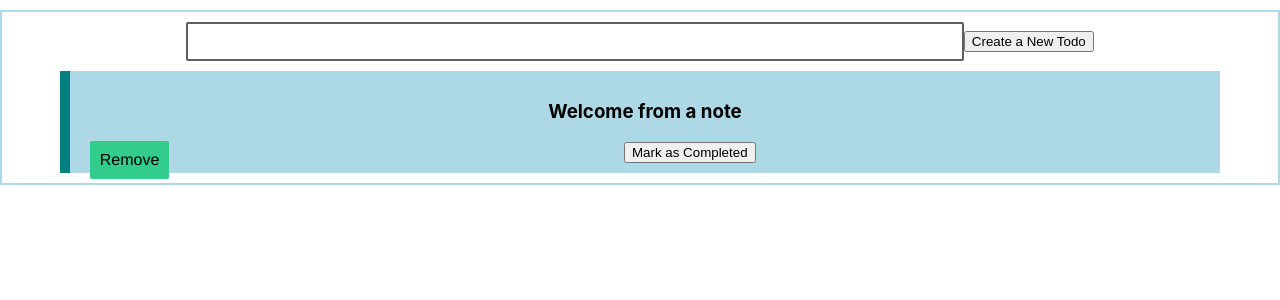
Repository: CaptainStorm21/react-ecosystem-course
Page: /
An editor plug-in stored every save of this project. The page is shown before and after the next save, followed by the edit.
The browser window is 1280 px wide. The pictures show the whole page.
The project was rebuilt for these pictures with package versions that can differ from the ones it lists, and the page was loaded fresh each time.

Above is the page before, as saved 2020-05-30 17:50:37.

### src/App.js
import React from 'react';
import './App.css';
import TodoList from './todos/TodoList'

function App() {
  return (
    <div className="App">
      <TodoList/>
    </div>
  );
}

export default App;

### src/todos/TodoList.js
import React from 'react';
import NewTodoForm from './NewTodoForm';
import TodoListItem from './TodoListItem';
import './TodoList.css';


const TodoList = ({ todos = [{ text: "Welcome from a note" }] }) => (
    <div className="list-wrapper">
        <NewTodoForm/>
        {todos.map(todo => <TodoListItem todo={todo} />)}
    </div>
)

export default TodoList;

### src/todos/NewTodoForm.js
import React, { useState } from 'react';
import './NewTodoForm.css';

const NewTodoForm = () => {
    const [inputValue, setInputValue] = useState(' ');
   return (
        <div className="new-todo-form">
           <input className="new-todo-input"
               type="text"
               value={inputValue}
               onChange = { e => setInputValue (e.target.value)}
           />
            <button className="newTodo">Create a New Todo</button>
        </div>
    );
};
export default NewTodoForm;

### src/todos/TodoListItem.js
import React from "react";

const TodoListItem = ({ todo }) => (
  <div className="todo-item-container">
    <h3>{todo.text}</h3>
    <div className="button -container">
      <button className="completed-button"> Mark as Completed</button>
      <button className="remove-button"> Remove</button>
    </div>
  </div>
);

export default TodoListItem;

### src/todos/TodoList.css
.list-wrapper{
    border: 2px solid lightblue;
    padding: 10px;
    margin-top: 10px;
}

### src/todos/NewTodoForm.css
.todo-item-container {
  width: 90%;
  margin: 0 auto;
  padding: 10px;
  border-left: 10px solid teal;
  background-color: lightblue;
  margin-top: 10px;
}

.remove-button {
  background-color: rgb(50, 205, 140);
  padding: 10px;
  border: 0;
  margin-left: 10px;
  font-size: medium;
  font-family: "Franklin Gothic Medium", "Arial Narrow", Arial, sans-serif;
  border-radius: 2px;
  float: left;
}

.new-todo-input {
  border-radius: 2px;
  padding: 10px;
  border: 2px solid rgb(95, 95, 90);
  font-family: "Franklin Gothic Medium", "Arial Narrow", Arial, sans-serif;
  width: 60%;
}

Loaded but not shown: public/index.html (common file); src/index.js (common file); src/index.css (common file); src/serviceWorker.js (common file); src/App.css (common file)

After the next save:
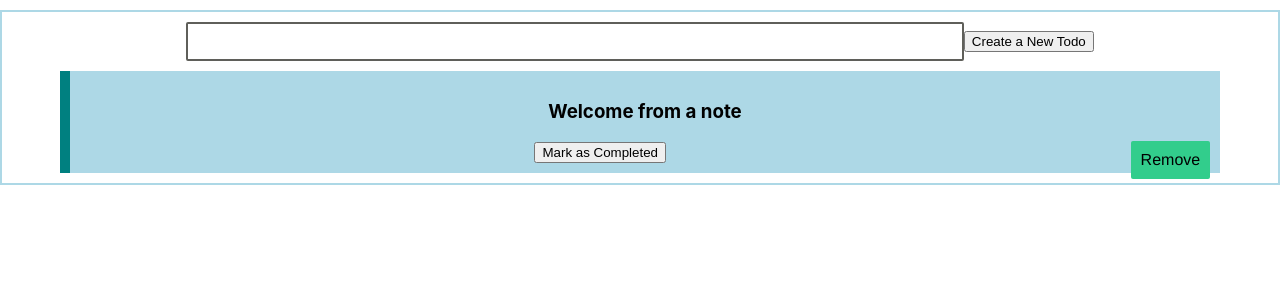
Saved 5 s later.
--- a/src/todos/NewTodoForm.css
+++ b/src/todos/NewTodoForm.css
@@ -15,7 +15,7 @@
   font-size: medium;
   font-family: "Franklin Gothic Medium", "Arial Narrow", Arial, sans-serif;
   border-radius: 2px;
-  float: left;
+  float: right;
 }
 
 .new-todo-input {
